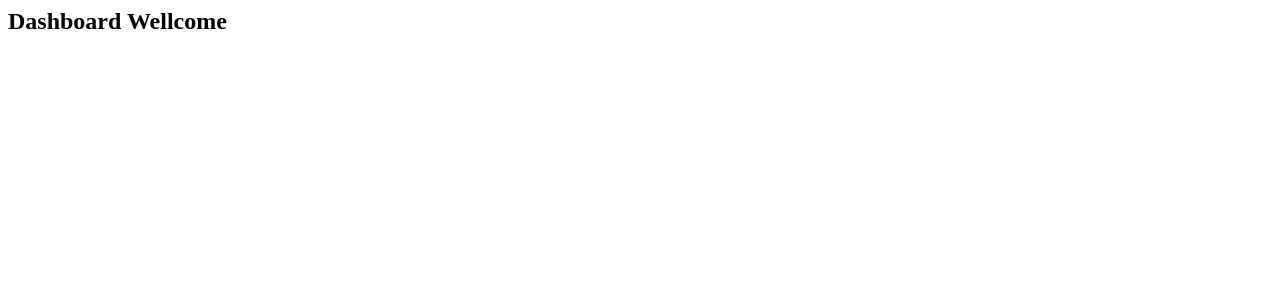
Repository: DongVersion2/laravel-test
Page: http://localhost/admin
These files come from the project's save history. The page is drawn as it stood at one moment and after the next save; the edit follows.
The browser window is 1280 px wide. The pictures show the whole page.
The page is served by the project's Laravel application, run on PHP 8.4 with Laravel 8.

Above is the page before, as saved 2024-05-03 11:19:06.

After the next save:
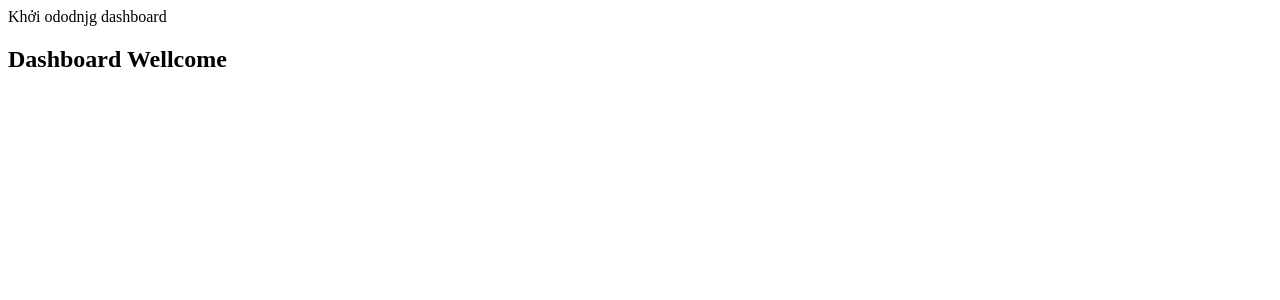
Saved 8 s later.
--- a/app/Http/Controllers/Admin/DashboardController.php
+++ b/app/Http/Controllers/Admin/DashboardController.php
@@ -11,7 +11,7 @@ class DashboardController extends Controller
     //nếu muốn tác động tới tất cả các action trong controller; luôn luôn tự động chạy đầu tiên
     public function __construct()
     {
-        return 'Khởi ododnjg dashboard';
+        echo 'Khởi ododnjg dashboard';
     }
     public function index()
     {
